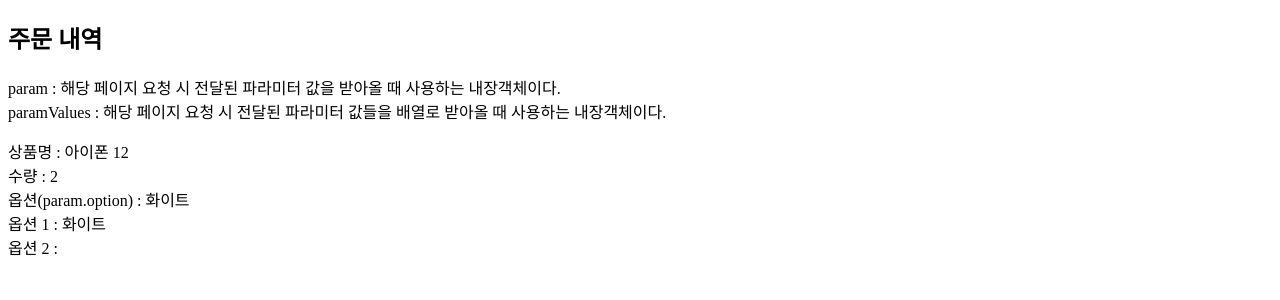
Repository: Parknogyung/Backend
Page: http://localhost/03_EL_JSTL/views/el/elParam.jsp?pName=%EC%95%84%EC%9D%B4%ED%8F%B0+12&pCount=2&option=%ED%99%94%EC%9D%B4%ED%8A%B8&option=64GB
The author's editor kept a copy of each file at every save. The page is drawn from the files as they stood at one save, then again after the next save.
The browser window is 1280 px wide. The pictures show the whole page.
The page is served by Tomcat 9. Other server files are loaded and not shown.

Above is the page before, as saved 2022-07-12 03:14:37.

### 03_EL_JSTL/src/main/webapp/views/el/elParam.jsp
<%@ page language="java" contentType="text/html; charset=UTF-8"
    pageEncoding="UTF-8"%>
<!DOCTYPE html>
<html>
<head>
<meta charset="UTF-8">
<title>Insert title here</title>
</head>
<body>
	<h2>주문 내역</h2>
	<p>
		param : 해당 페이지 요청 시 전달된 파라미터 값을 받아올 때 사용하는 내장객체이다. <br>
		paramValues : 해당 페이지 요청 시 전달된 파라미터 값들을 배열로 받아올 때 사용하는 내장객체이다.
	</p>

	상품명 : ${ param.pName } <br>
	수량 : ${param.pCount } <br>

	<!--
		옵션 값을 두 개지만 param 내장 객체를 통해서도 접근이 가능하다.
		(단, 첫 번째 값만 가져올 수 있다.)
	-->
	옵션(param.option) : ${param.option } <br>
	옵션 1 : ${paramValues.option[0] } <br>
	옵션 2 : ${paramValues.option[2] }
</body>
</html>

After the next save:
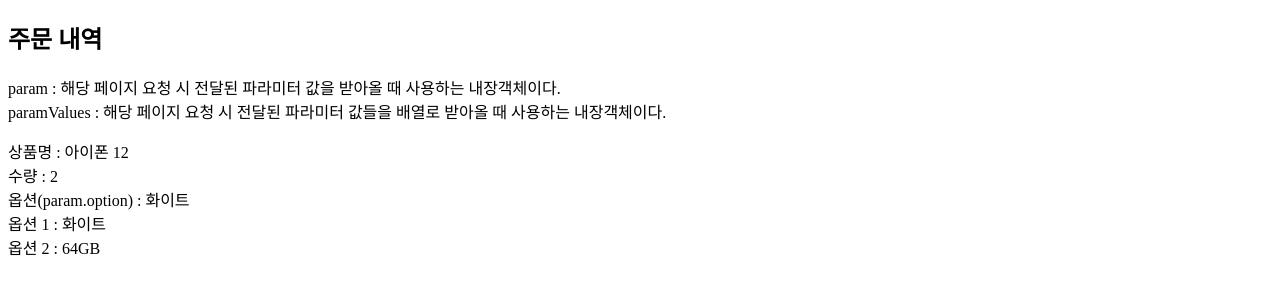
Saved 31 s later.
--- a/03_EL_JSTL/src/main/webapp/views/el/elParam.jsp
+++ b/03_EL_JSTL/src/main/webapp/views/el/elParam.jsp
@@ -22,6 +22,6 @@
 	-->
 	옵션(param.option) : ${param.option } <br>
 	옵션 1 : ${paramValues.option[0] } <br>
-	옵션 2 : ${paramValues.option[2] }
+	옵션 2 : ${paramValues.option[1] }
 </body>
 </html>
